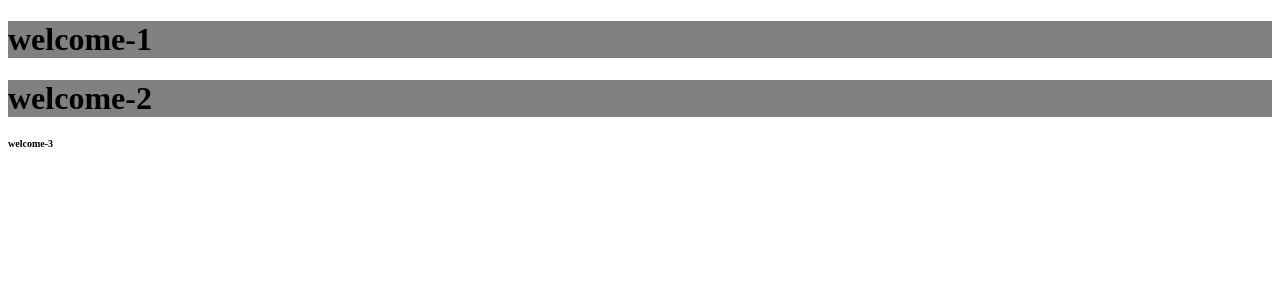
Repository: Karthi-Mano/AdvanceJavaPrograms
Page: BasicHtmlCss/WebContent/index.html
The author's editor kept a copy of each file at every save. The page is drawn from the files as they stood at one save, then again after the next save.
The browser window is 1280 px wide. The pictures show the whole page.

Above is the page before, as saved 2018-09-11 06:18:20.

After the next save:
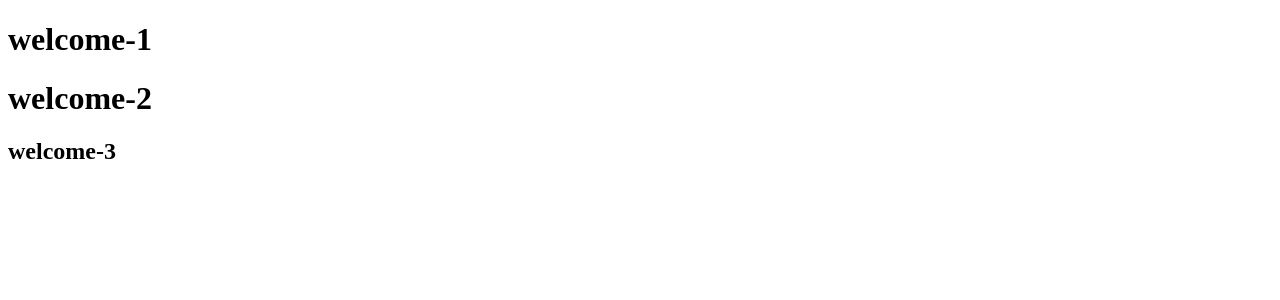
Saved 9 s later.
--- a/BasicHtmlCss/WebContent/index.html
+++ b/BasicHtmlCss/WebContent/index.html
@@ -3,7 +3,7 @@
 <head>
 <meta charset="ISO-8859-1">
 <title>Insert title here</title>
-<style type="text/css">
+<!-- <style type="text/css">
 h1
 {
   background-color: gray;
@@ -13,7 +13,7 @@
   font-family: cursive;
   font-size: x-small;
 }
-</style>
+</style> -->
 </head>
 <body>
 <h1>welcome-1</h1>

After the 2 saves that followed:
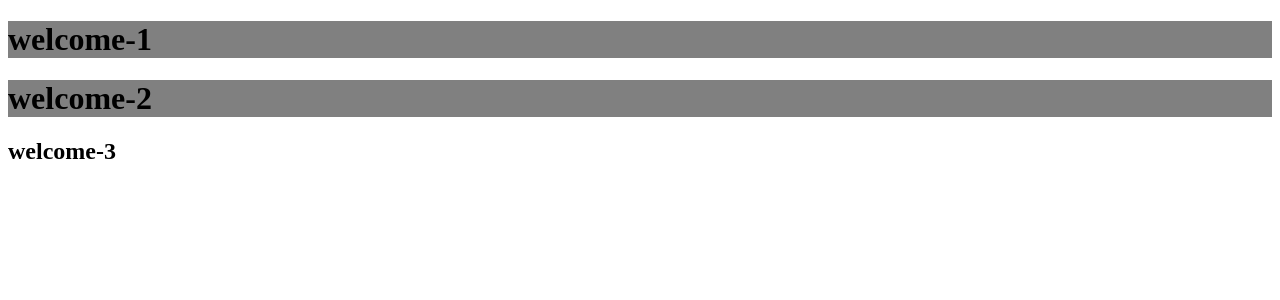
The 2 saves are shown as one change because 1 left the picture as it was.
The last was saved 26 s later.
--- a/BasicHtmlCss/WebContent/index.html
+++ b/BasicHtmlCss/WebContent/index.html
@@ -14,6 +14,7 @@
   font-size: x-small;
 }
 </style> -->
+<link rel="stylesheet" href="mystyle.css" type="text/css">
 </head>
 <body>
 <h1>welcome-1</h1>
